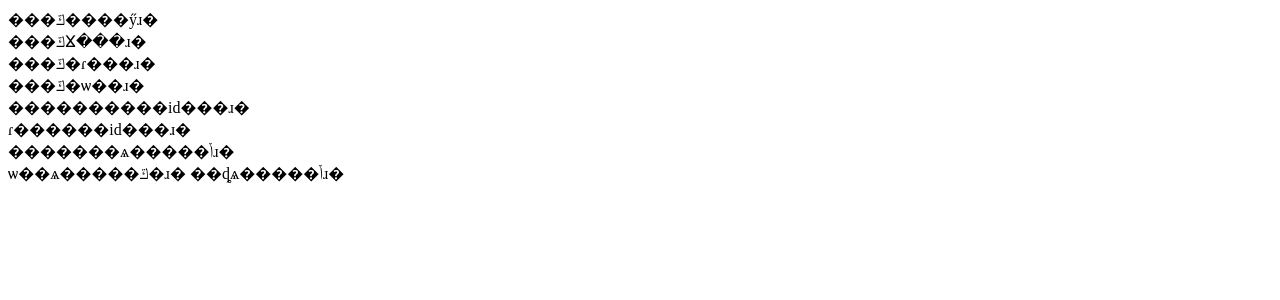
Repository: ZxxWs/P_M_learn
Page: http://localhost/
The author's editor kept a copy of each file at every save. The page is drawn from the files as they stood at one save, then again after the next save.
The browser window is 1280 px wide. The pictures show the whole page.
The page is run by PHP 8.4 with error messages shown; the project is at /var/www/html/. Queries for data that is not in the repository find no rows.

Above is the page before, as saved 2019-03-12 07:41:04.

### Mysql_learn/index.php
<?php

//MySQL在PHP中的方法：mysqli_function(value,value1....)

//************************************************************
//连接MySQL：
$host='localhost:3306';                    //可选，主机名|IP
$username='root';          //可选，MySQL用户名
$password;          //可选，MySQL密码
$dbname;            //可选，默认数据库
$port;                  //端口号
$socket;            //规定socket
$conn=mysqli_connect($host,$username);
//mysqli_close($link);//关闭与于数据库的连接
if($conn)
    echo "数据库连接成功";
echo "<br />";

//************************************************************
//创建数据库
$create="create database phpcreat";
$createdatabase=mysqli_query($conn, $create);
if($createdatabase)
    echo "数据库创建成功";
else{
    die('连接失败: ' . mysqli_error($conn));
}
echo "<br />";

//删除数据库
$drop="drop database phpcreat";
$drop=mysqli_query($conn, $drop);
if($drop)
    echo "数据库删除成功";
else{
    die('连接失败: ' . mysqli_error($conn));
}
echo "<br />";


//************************************************************
//选择数据库
$dbname="test";
$select=mysqli_select_db($conn, $dbname);
if($select)
    echo "数据库选择成功";
    else{
        die('连接失败: ' . mysqli_error($conn));
    }
echo "<br />";


//************************************************************
//创建表
$table="create table phptable(id int)";
$createtable=mysqli_query($conn, $table);
if($createtable)
    echo "创建表：“id”成功";
else{
    die('连接失败: ' . mysqli_error($conn));
}
echo "<br />";

//删除表
$droptable="drop table phptable";
$droptablea=mysqli_query($conn, $droptable);
if($droptablea)
    echo "删除表“id”成功";
echo "<br/>";


//***********************
// 设置编码，防止中文乱码
mysqli_query($conn , "set names utf8");
//***********************
//向表中插入数据————>students:name,num,class
$stuname="吴霜";
$stunum=1707004101;
$stuclass=17070144;
$sqldata="insert into students".
         "(name,num,class)".
         "values".
         "('$stuname','$stunum','$stuclass')";
$into=mysqli_query($conn, $sqldata);
if($into)
    echo "插入相关学生数据成功";
    echo "<br/>";


//***********************************************************
//读取数据库
$readdata='select name,num,class from students';
$selecttable=mysqli_select_db($conn, 'student');//选择数据库
if($selecttable)
    echo "选择学生数据库成功";
    echo "          ";
$readdata=mysqli_query($conn, $readdata);
if($into)
    echo "读取学生数据成功";
    echo "<br/>";

After the next save:
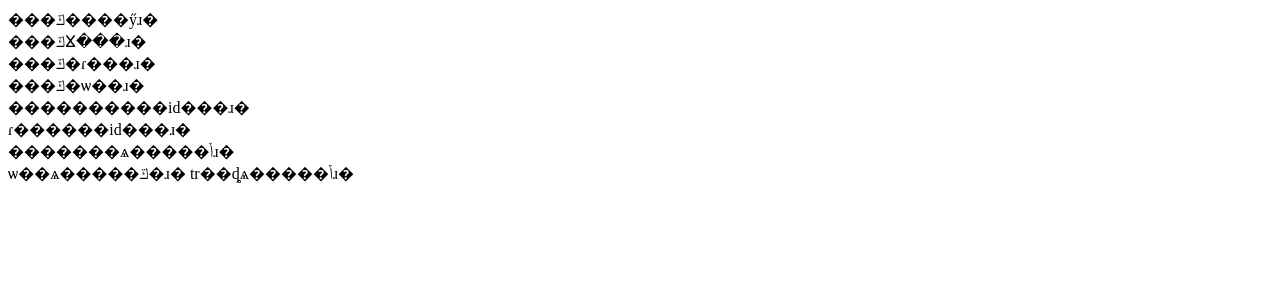
Saved 35 s later.
--- a/Mysql_learn/index.php
+++ b/Mysql_learn/index.php
@@ -93,7 +93,7 @@ $readdata='select name,num,class from students';
 $selecttable=mysqli_select_db($conn, 'student');//选择数据库
 if($selecttable)
     echo "选择学生数据库成功";
-    echo "          ";
+    echo " tr";
 $readdata=mysqli_query($conn, $readdata);
 if($into)
     echo "读取学生数据成功";
